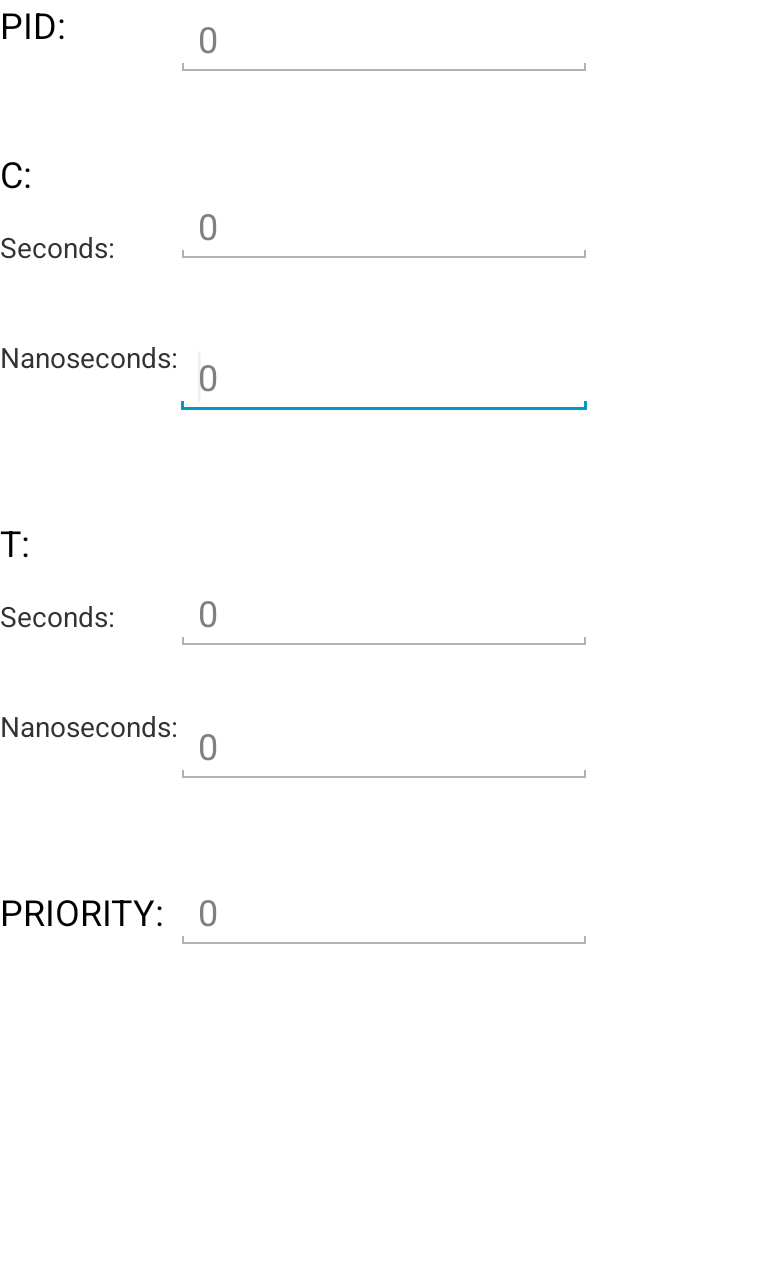
Repository: ankitC/taskmon
Layout: taskmon/res/layout/activity_set_reserve.xml
These files come from the project's save history. The layout is drawn as it stood at one moment and after the next save; the edit follows.
It is drawn on a 768 x 1280 px phone screen (xhdpi) without system bars, with theme AppTheme; the app's code is not run.

Above is the layout before, as saved 2013-10-07 21:02:14.

### taskmon/res/layout/activity_set_reserve.xml
<RelativeLayout xmlns:android="http://schemas.android.com/apk/res/android"
    android:layout_width="fill_parent"
    android:layout_height="fill_parent" >

    <TextView
        android:id="@+id/textView1"
        android:layout_width="wrap_content"
        android:layout_height="wrap_content"
        android:layout_alignParentLeft="true"
        android:layout_alignParentTop="true"
        android:text="@string/pid"
        android:textAppearance="?android:attr/textAppearanceMedium" />

    <TextView
        android:id="@+id/textView2"
        android:layout_width="wrap_content"
        android:layout_height="wrap_content"
        android:layout_alignParentLeft="true"
        android:layout_below="@+id/textView1"
        android:layout_marginTop="50dp"
        android:text="@string/c"
        android:textAppearance="?android:attr/textAppearanceMedium" />

    <TextView
        android:id="@+id/textView3"
        android:layout_width="wrap_content"
        android:layout_height="wrap_content"
        android:layout_alignParentLeft="true"
        android:layout_below="@+id/textView2"
        android:layout_marginTop="160dp"
        android:text="@string/t"
        android:textAppearance="?android:attr/textAppearanceMedium" />

    <TextView
        android:id="@+id/textView4"
        android:layout_width="wrap_content"
        android:layout_height="wrap_content"
        android:layout_alignParentLeft="true"
        android:layout_below="@+id/textView3"
        android:layout_marginTop="160dp"
        android:text="@string/priority"
        android:textAppearance="?android:attr/textAppearanceMedium" />

    <TextView
        android:id="@+id/textView5"
        android:layout_width="wrap_content"
        android:layout_height="wrap_content"
        android:layout_alignParentLeft="true"
        android:layout_below="@+id/textView2"
        android:layout_marginTop="15dp"
        android:text="@string/seconds" />

    <TextView
        android:id="@+id/textView6"
        android:layout_width="wrap_content"
        android:layout_height="wrap_content"
        android:layout_alignParentLeft="true"
        android:layout_below="@+id/textView2"
        android:layout_marginTop="70dp"
        android:text="@string/nanoSeconds" />

    <TextView
        android:id="@+id/textView7"
        android:layout_width="wrap_content"
        android:layout_height="wrap_content"
        android:layout_alignParentLeft="true"
        android:layout_below="@+id/textView3"
        android:layout_marginTop="15dp"
        android:text="@string/seconds" />

    <TextView
        android:id="@+id/textView8"
        android:layout_width="wrap_content"
        android:layout_height="wrap_content"
        android:layout_alignParentLeft="true"
        android:layout_below="@+id/textView3"
        android:layout_marginTop="70dp"
        android:text="@string/nanoSeconds" />

    <EditText
        android:id="@+id/pidInputSet"
        android:layout_width="wrap_content"
        android:layout_height="wrap_content"
        android:layout_alignParentTop="true"
        android:layout_centerHorizontal="true"
        android:ems="10"
        android:hint="0"
        android:inputType="numberDecimal" />

    <EditText
        android:id="@+id/inputCSeconds"
        android:layout_width="wrap_content"
        android:layout_height="wrap_content"
        android:layout_alignBottom="@+id/textView5"
        android:layout_alignLeft="@+id/pidInputSet"
        android:ems="10"
        android:hint="0"
        android:inputType="numberDecimal" />

    <EditText
        android:id="@+id/inputCns"
        android:layout_width="wrap_content"
        android:layout_height="wrap_content"
        android:layout_alignLeft="@+id/inputCSeconds"
        android:layout_alignTop="@+id/textView6"
        android:ems="10"
        android:hint="0"
        android:inputType="numberDecimal" >

        <requestFocus />
    </EditText>

    <EditText
        android:id="@+id/inputTSeconds"
        android:layout_width="wrap_content"
        android:layout_height="wrap_content"
        android:layout_alignBaseline="@+id/textView7"
        android:layout_alignBottom="@+id/textView7"
        android:layout_alignLeft="@+id/inputCns"
        android:ems="10"
        android:hint="0"
        android:inputType="numberDecimal" />

    <EditText
        android:id="@+id/inputTns"
        android:layout_width="wrap_content"
        android:layout_height="wrap_content"
        android:layout_alignLeft="@+id/inputTSeconds"
        android:layout_alignTop="@+id/textView8"
        android:ems="10"
        android:hint="0"
        android:inputType="numberDecimal" />

    <EditText
        android:id="@+id/inputPriority"
        android:layout_width="wrap_content"
        android:layout_height="wrap_content"
        android:layout_alignBaseline="@+id/textView4"
        android:layout_alignBottom="@+id/textView4"
        android:layout_alignLeft="@+id/inputTns"
        android:ems="10"
        android:hint="0"
        android:inputType="numberDecimal" />

</RelativeLayout>

### taskmon/res/values/strings.xml
<?xml version="1.0" encoding="utf-8"?>
<resources>

    <string name="app_name">taskmon</string>
    <string name="action_settings">Settings</string>
    <string name="hello_world">Hello world!</string>
    <string name="setReserve">Set Reserve</string>
    <string name="cancelReserve">Cancel Reserve</string>
    <string name="title_activity_set_reserve">SetReserveActivity</string>
    <string name="title_activity_cancel_reserve">CancelReserveActivity</string>
    <string name="pid">PID:</string>
    <string name="c">C:</string>
    <string name="t">T:</string>
    <string name="priority">PRIORITY:</string>
    <string name="seconds">Seconds:</string>
    <string name="nanoSeconds">Nanoseconds:</string>

</resources>

Loaded but not shown: taskmon/res/values/styles.xml (common file); taskmon/res/values-v11/styles.xml (common file); taskmon/res/values-v14/styles.xml (common file)

After the next save:
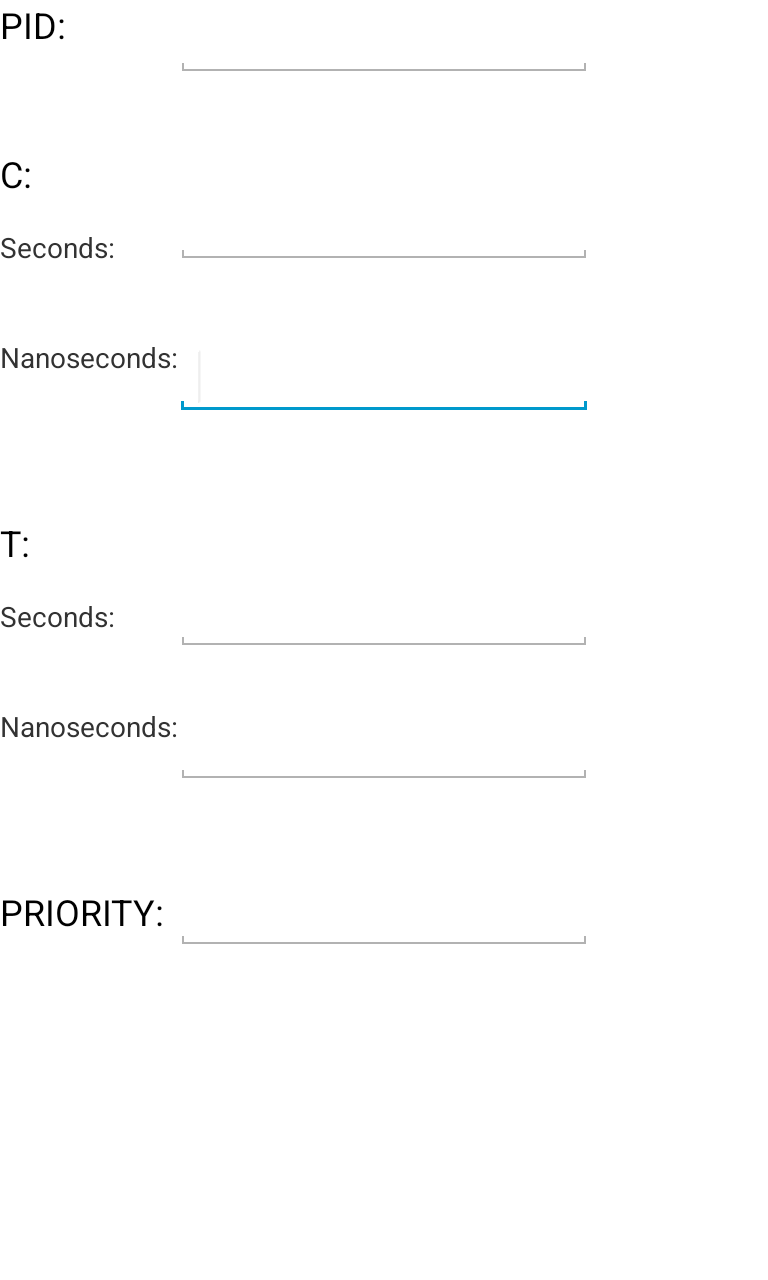
Saved 25 min 1 s later.
--- a/taskmon/res/layout/activity_set_reserve.xml
+++ b/taskmon/res/layout/activity_set_reserve.xml
@@ -84,7 +84,6 @@
         android:layout_alignParentTop="true"
         android:layout_centerHorizontal="true"
         android:ems="10"
-        android:hint="0"
         android:inputType="numberDecimal" />
 
     <EditText
@@ -94,7 +93,6 @@
         android:layout_alignBottom="@+id/textView5"
         android:layout_alignLeft="@+id/pidInputSet"
         android:ems="10"
-        android:hint="0"
         android:inputType="numberDecimal" />
 
     <EditText
@@ -104,7 +102,6 @@
         android:layout_alignLeft="@+id/inputCSeconds"
         android:layout_alignTop="@+id/textView6"
         android:ems="10"
-        android:hint="0"
         android:inputType="numberDecimal" >
 
         <requestFocus />
@@ -118,7 +115,6 @@
         android:layout_alignBottom="@+id/textView7"
         android:layout_alignLeft="@+id/inputCns"
         android:ems="10"
-        android:hint="0"
         android:inputType="numberDecimal" />
 
     <EditText
@@ -128,7 +124,6 @@
         android:layout_alignLeft="@+id/inputTSeconds"
         android:layout_alignTop="@+id/textView8"
         android:ems="10"
-        android:hint="0"
         android:inputType="numberDecimal" />
 
     <EditText
@@ -139,7 +134,6 @@
         android:layout_alignBottom="@+id/textView4"
         android:layout_alignLeft="@+id/inputTns"
         android:ems="10"
-        android:hint="0"
         android:inputType="numberDecimal" />
 
 </RelativeLayout>

After the save that followed:
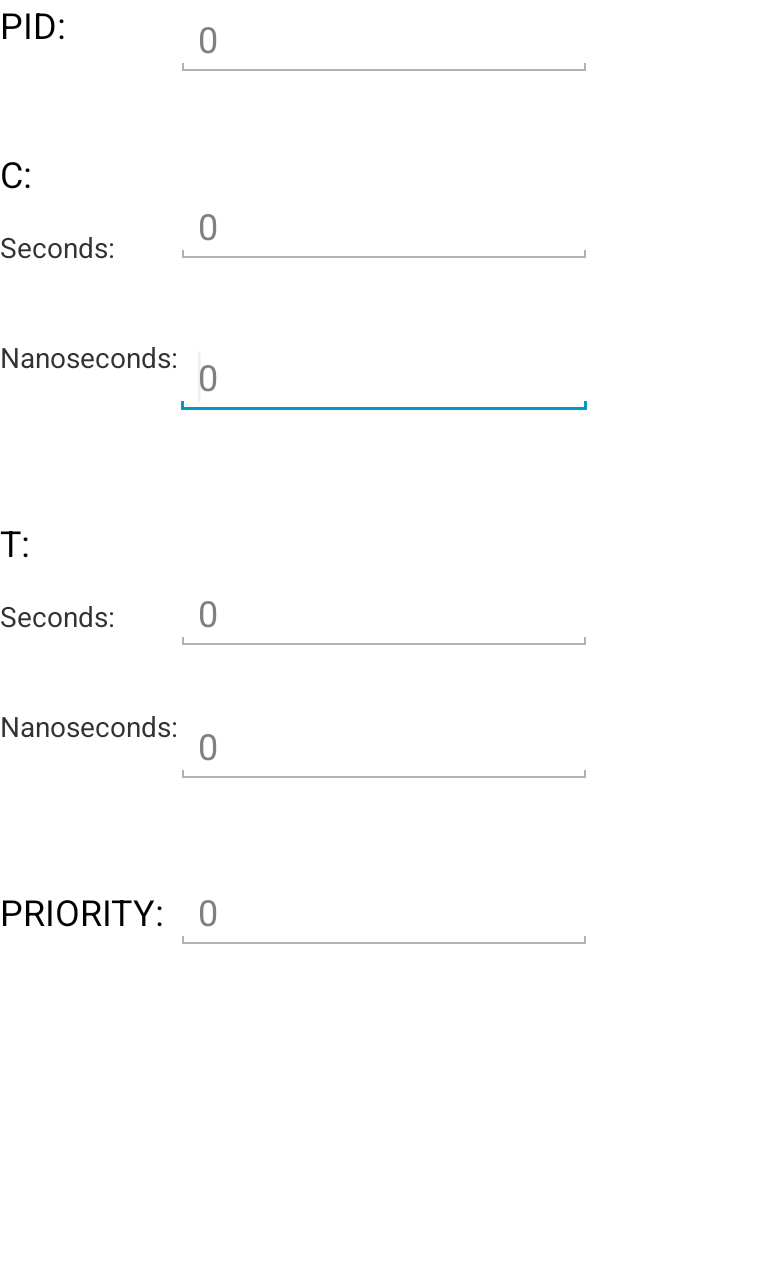
Saved 42 s later.
--- a/taskmon/res/layout/activity_set_reserve.xml
+++ b/taskmon/res/layout/activity_set_reserve.xml
@@ -84,6 +84,7 @@
         android:layout_alignParentTop="true"
         android:layout_centerHorizontal="true"
         android:ems="10"
+        android:hint="0"
         android:inputType="numberDecimal" />
 
     <EditText
@@ -93,6 +94,7 @@
         android:layout_alignBottom="@+id/textView5"
         android:layout_alignLeft="@+id/pidInputSet"
         android:ems="10"
+        android:hint="0"
         android:inputType="numberDecimal" />
 
     <EditText
@@ -102,6 +104,7 @@
         android:layout_alignLeft="@+id/inputCSeconds"
         android:layout_alignTop="@+id/textView6"
         android:ems="10"
+        android:hint="0"
         android:inputType="numberDecimal" >
 
         <requestFocus />
@@ -115,6 +118,7 @@
         android:layout_alignBottom="@+id/textView7"
         android:layout_alignLeft="@+id/inputCns"
         android:ems="10"
+        android:hint="0"
         android:inputType="numberDecimal" />
 
     <EditText
@@ -124,6 +128,7 @@
         android:layout_alignLeft="@+id/inputTSeconds"
         android:layout_alignTop="@+id/textView8"
         android:ems="10"
+        android:hint="0"
         android:inputType="numberDecimal" />
 
     <EditText
@@ -134,6 +139,7 @@
         android:layout_alignBottom="@+id/textView4"
         android:layout_alignLeft="@+id/inputTns"
         android:ems="10"
+        android:hint="0"
         android:inputType="numberDecimal" />
 
 </RelativeLayout>
